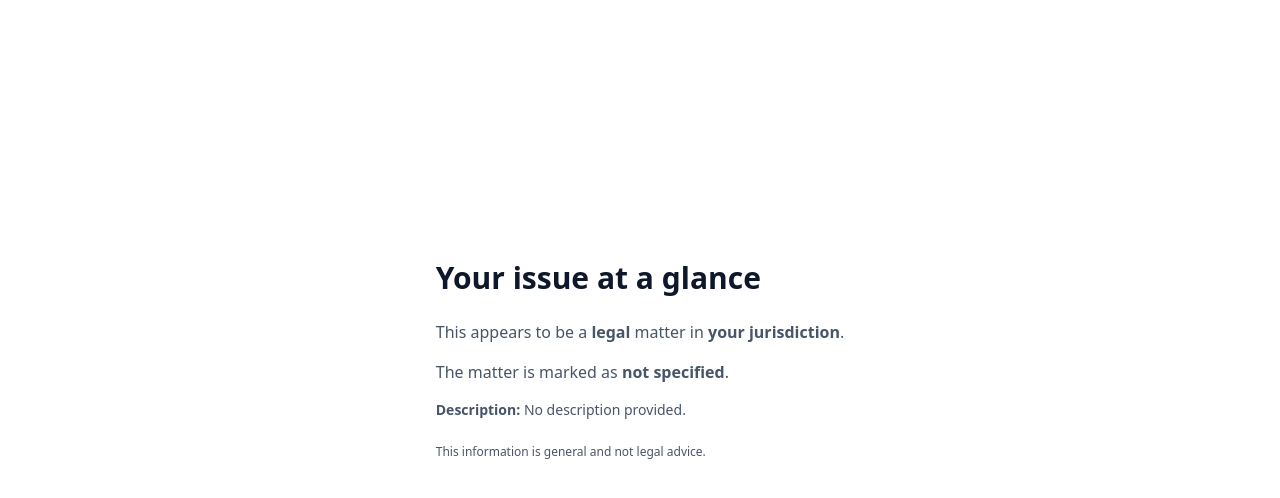
Repository: Aroxy22/legal-res
Page: /intake/summary
The author's editor kept a copy of each file at every save. The page is drawn from the files as they stood at one save, then again after the next save.
The browser window is 1280 px wide. The pictures show the whole page.
The project was rebuilt for these pictures with package versions that can differ from the ones it lists, and the page was loaded fresh each time. The framework's server and built-in components were replaced by stand-ins that run in the browser. Also part of the build but not shown: next.config.ts.

Above is the page before, as saved 2025-12-22 01:56:12.

After the next save:
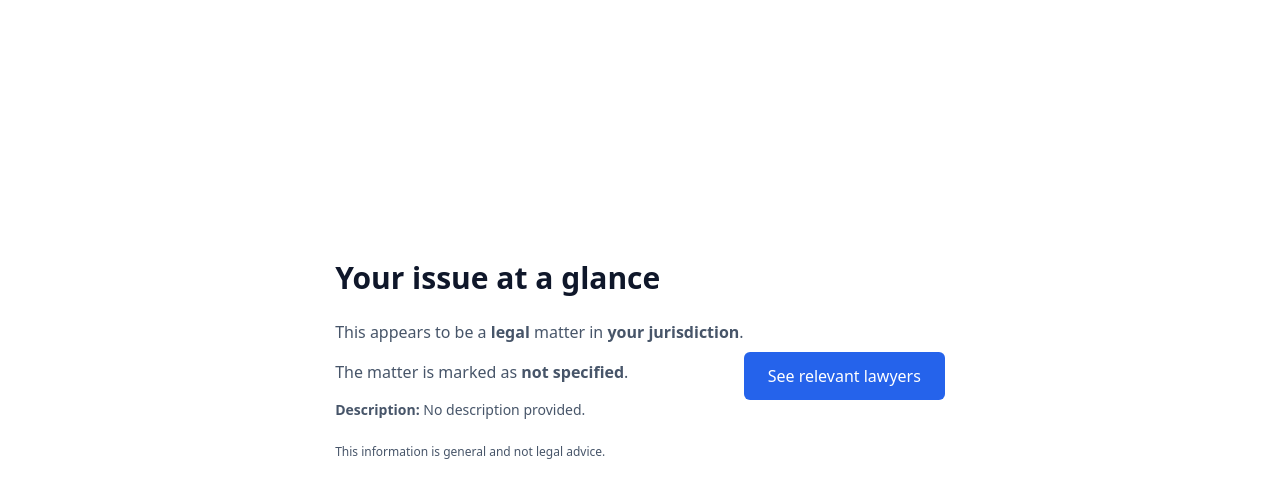
Saved 2 min 50 s later.
--- a/app/intake/summary/page.tsx
+++ b/app/intake/summary/page.tsx
@@ -37,6 +37,16 @@ export default function IntakeSummary() {
           This information is general and not legal advice.
         </p>
       </div>
+      <div className="mt-8">
+  <button
+    onClick={() => window.location.href = "/lawyers"}
+    className="px-6 py-3 bg-primary text-white rounded-md
+               hover:bg-primaryHover transition"
+  >
+    See relevant lawyers
+  </button>
+</div>
+
     </div>
   );
 }
